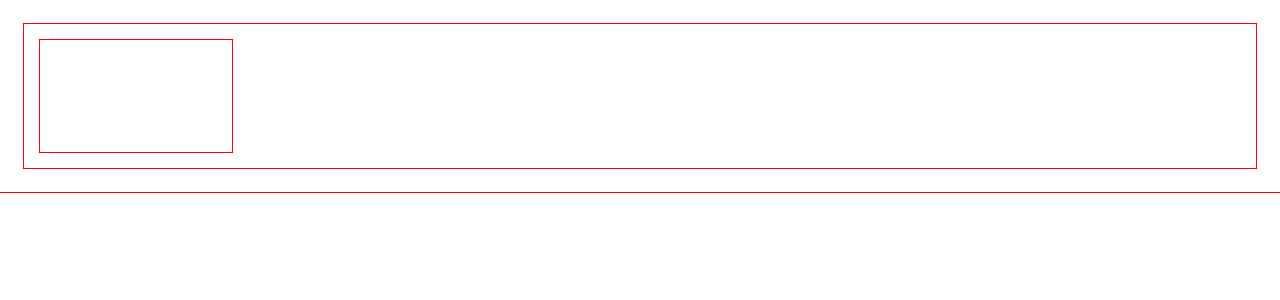
Repository: JacobSkilling-dot/Project1-Blog
Page: Week3-Blog.html
The author's editor kept a copy of each file at every save. The page is drawn from the files as they stood at one save, then again after the next save.
The browser window is 1280 px wide. The pictures show the whole page.

Above is the page before, as saved 2023-01-16 19:43:29.

After the next save:
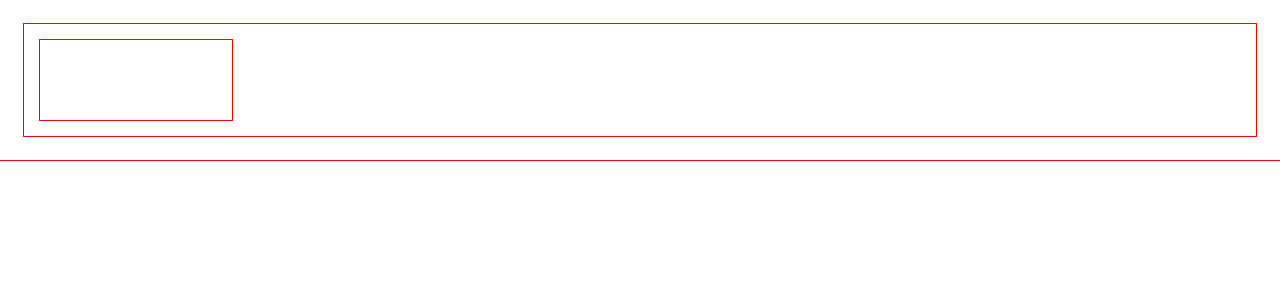
Saved 17 s later.
--- a/Week3-Blog.html
+++ b/Week3-Blog.html
@@ -12,7 +12,7 @@
         <style>
             .main-content{
                 width: 10rem;
-                height: 5rem;
+                height: 3rem;
             }
 
 
